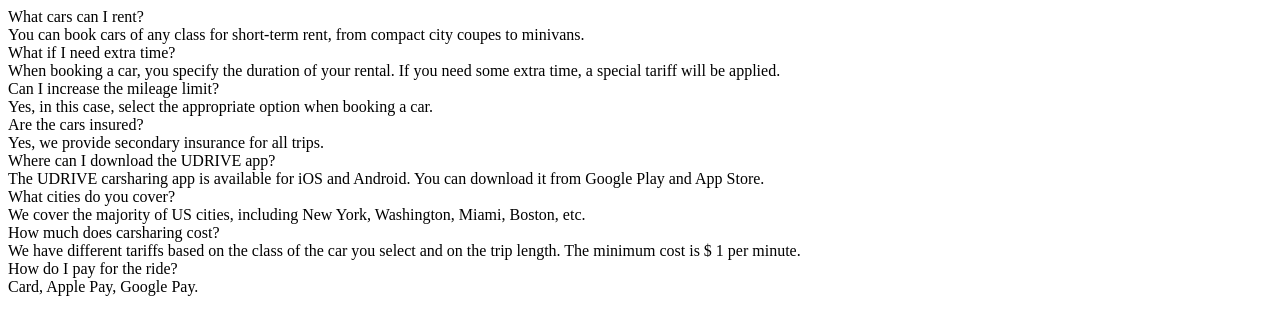
Repository: sanyathecreator/udrive-carsharing
Page: index.faq.partial.html
These files come from the project's save history. The page is drawn as it stood at one moment and after the next save; the edit follows.
The browser window is 1280 px wide. The pictures show the whole page.

Above is the page before, as saved 2025-09-11 01:37:47.

After the next save:
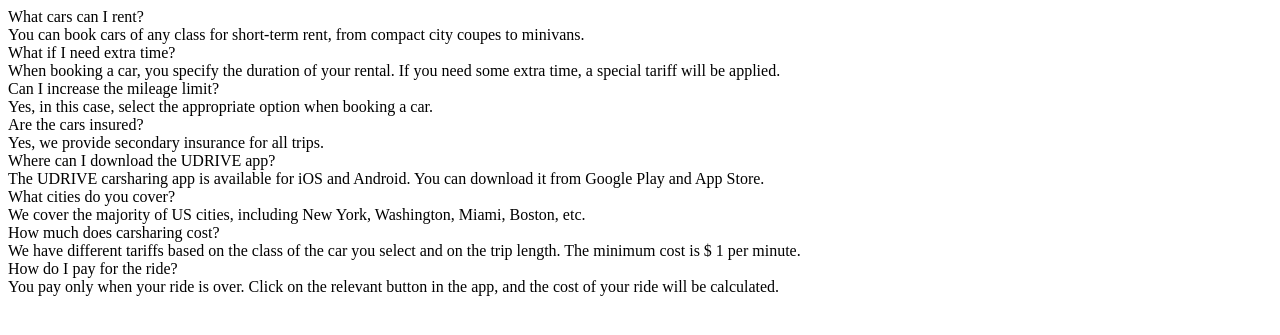
Saved 13 s later.
--- a/index.faq.partial.html
+++ b/index.faq.partial.html
@@ -37,7 +37,7 @@
 
     <div class="faq__item">
       <div class="faq__q">How do I pay for the ride?</div>
-      <div class="faq__a">Card, Apple Pay, Google Pay.</div>
+      <div class="faq__a">You pay only when your ride is over. Click on the relevant button in the app, and the cost of your ride will be calculated.</div>
     </div>
   </div>
 </section>
